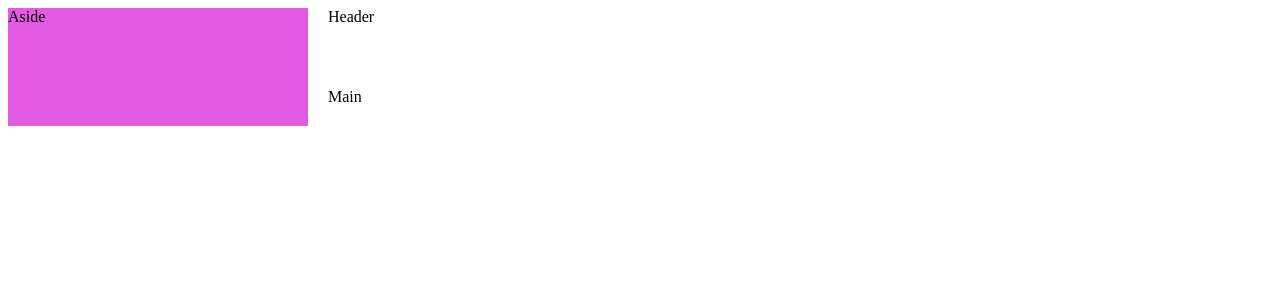
Repository: Azhaihh/toutiao-publish-admin
Page: /
These files come from the project's save history. The page is drawn as it stood at one moment and after the next save; the edit follows.
The browser window is 1280 px wide. The pictures show the whole page.
The project was rebuilt for these pictures with package versions that can differ from the ones it lists, and the page was loaded fresh each time. Also part of the build but not shown: src/styles/index.less, src/views/home/index.vue.

Above is the page before, as saved 2020-12-14 15:33:38.

After the next save:
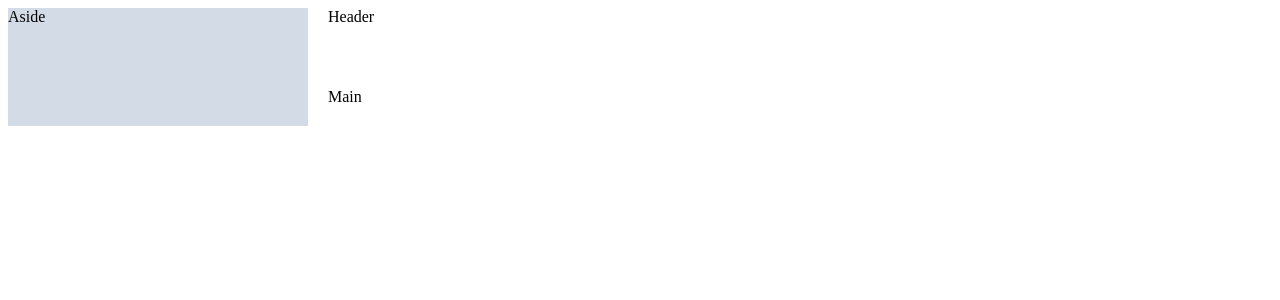
Saved 5 s later.
--- a/src/views/layout/index.vue
+++ b/src/views/layout/index.vue
@@ -23,6 +23,6 @@ export default {
 <style lang="less">
 .layoutAside {
   width: 200px;
-  background-color: #d3dc;
+  background-color: #d3dce6;
 }
 </style>
